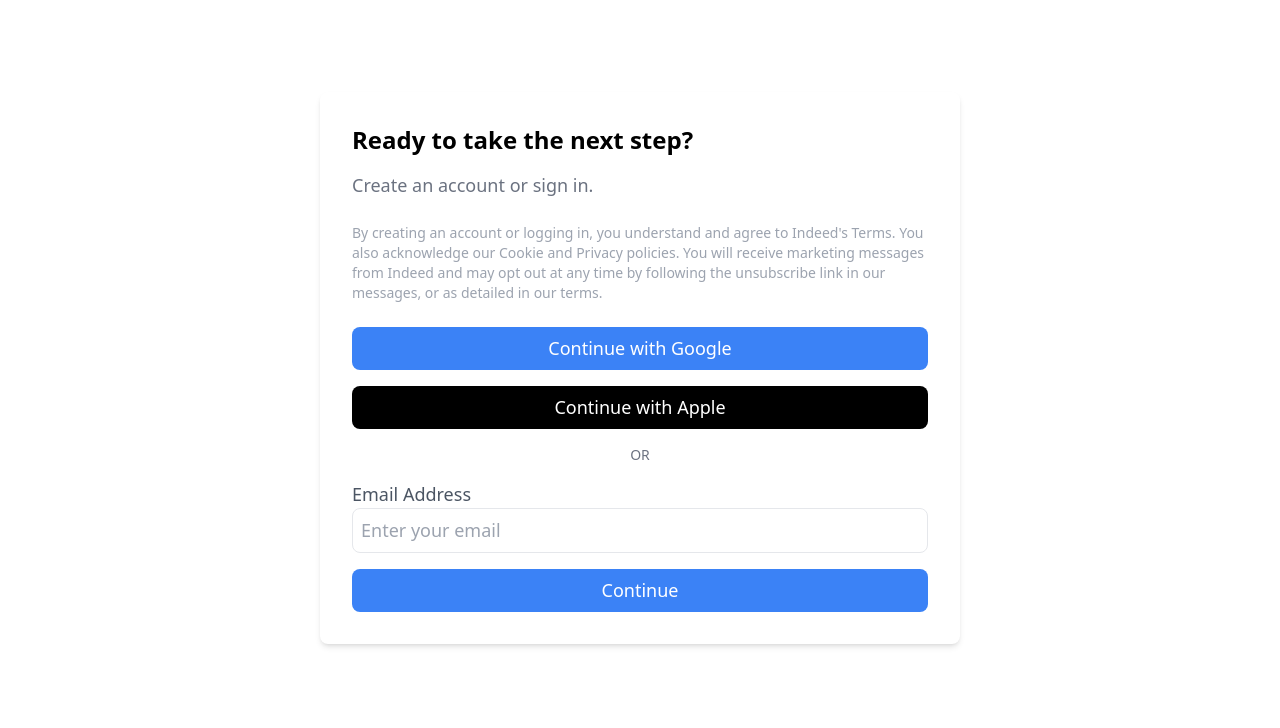
Repository: Temitech001/new-job
Page: /signin
The author's editor kept a copy of each file at every save. The page is drawn from the files as they stood at one save, then again after the next save.
The browser window is 1280 px wide. The pictures show the whole page.
The project was rebuilt for these pictures with package versions that can differ from the ones it lists, and the page was loaded fresh each time. Also part of the build but not shown: src/App.css, src/components/header/Header.jsx, src/components/jobSearch/Job.jsx, src/components/jobSearch/JobListing.jsx, src/App.js.

Above is the page before, as saved 2023-08-22 02:05:46.

### public/index.html
<!DOCTYPE html>
<html lang="en">
  <head>
    <meta charset="utf-8" />
    <link rel="icon" href="%PUBLIC_URL%/favicon.ico" />
    <meta name="viewport" content="width=device-width, initial-scale=1" />
    <meta name="theme-color" content="#000000" />
    <meta
      name="description"
      content="JobConnect360 is your comprehensive platform for all things related to employment."
    />
    <link rel="apple-touch-icon" href="%PUBLIC_URL%/logo192.png" />
    <!--
      manifest.json provides metadata used when your web app is installed on a
      user's mobile device or desktop. See https://developers.google.com/web/fundamentals/web-app-manifest/
    -->
    <link rel="manifest" href="%PUBLIC_URL%/manifest.json" />
    <!--
      Notice the use of %PUBLIC_URL% in the tags above.
      It will be replaced with the URL of the `public` folder during the build.
      Only files inside the `public` folder can be referenced from the HTML.

      Unlike "/favicon.ico" or "favicon.ico", "%PUBLIC_URL%/favicon.ico" will
      work correctly both with client-side routing and a non-root public URL.
      Learn how to configure a non-root public URL by running `npm run build`.
    -->
    <title>JobConnect360</title>
  </head>
  <body>
    <noscript>You need to enable JavaScript to run this app.</noscript>
    <div id="root"></div>
    <!--
      This HTML file is a template.
      If you open it directly in the browser, you will see an empty page.

      You can add webfonts, meta tags, or analytics to this file.
      The build step will place the bundled scripts into the <body> tag.

      To begin the development, run `npm start` or `yarn start`.
      To create a production bundle, use `npm run build` or `yarn build`.
    -->
  </body>
</html>

### src/index.js
import React from 'react';
import ReactDOM from 'react-dom/client';
import { BrowserRouter, Routes, Route} from "react-router-dom";
import './index.css';
import App from './App';
import ScrollToTop from 'react-scroll-to-top';
import SignIn from './components/jobSearch/signIn/SignIn';

const root = ReactDOM.createRoot(document.getElementById('root'));
root.render(
  <React.StrictMode>
    <BrowserRouter>
    <ScrollToTop/>
            <Routes>
                <Route path="/" element={<App />} />
                <Route path="/signin" element={<SignIn />} />
                {/* <Route path="/impact" element={<ImpactPage />} /> */}
                {/* <Route path="/contact" element={<ContactPage />} /> */}
            </Routes>
            {/* <App /> */}
        </BrowserRouter>
  </React.StrictMode>
);

### src/index.css
@tailwind base;
@tailwind components;
@tailwind utilities;

body {
  margin: 0;
  font-family: "Noto Sans", "Helvetica Neue", Helvetica, Arial, sans-serif;
  -webkit-font-smoothing: antialiased;
  -moz-osx-font-smoothing: grayscale;
  font-size: 18px;
}

code {
  font-family: source-code-pro, Menlo, Monaco, Consolas, 'Courier New',
    monospace;
}

### src/components/jobSearch/signIn/SignIn.jsx
import React, { useState } from 'react';
// import './SignIn.css'; // Add your additional CSS file for custom styling

const SignIn = () => {
    const [email, setEmail] = useState(''); // Initialize email state

    // Function to handle changes in the email input
    const handleEmailChange = (e) => {
      setEmail(e.target.value); // Update email state
    };

    // Function to handle the "Continue" button click
    const handleContinueClick = () => {
      // Perform any action you want when the button is clicked
      console.log('Continue button clicked with email:', email);
    };

  return (
    <div className="flex justify-center items-center h-screen w-2/4 mx-auto mt-2">
      <div className="bg-white p-8 rounded-lg shadow-md">
        <h2 className="text-2xl font-semibold mb-4">
          Ready to take the next step?
        </h2>
        <p className="text-gray-500 mb-6">
          Create an account or sign in.
        </p>
        <p className="text-sm text-gray-400 mb-6">
          By creating an account or logging in, you understand and agree to Indeed's Terms. You also acknowledge our Cookie and Privacy policies. You will receive marketing messages from Indeed and may opt out at any time by following the unsubscribe link in our messages, or as detailed in our terms.
        </p>
        <button className="bg-blue-500 text-white rounded-lg py-2 px-4 mb-4 w-full hover:bg-blue-600">
          Continue with Google
        </button>
        <button className="bg-black text-white rounded-lg py-2 px-4 mb-4 w-full hover:bg-gray-800">
          Continue with Apple
        </button>
        <div className="text-center text-gray-500 text-sm mb-4">OR</div>
        <div className="mb-4">
          <label htmlFor="email" className="text-gray-600">Email Address</label>
          <input
            type="email"
            id="email"
            className="w-full border rounded-lg p-2 focus:outline-none focus:ring focus:border-blue-400"
            placeholder="Enter your email"
            value={email} // Set the input value to the email state
            onChange={handleEmailChange} // Handle changes in the email input
          />
        </div>
        <button className="bg-blue-500 text-white rounded-lg py-2 px-4 w-full hover:bg-blue-600">
          Continue
        </button>
      </div>
    </div>
  );
};

export default SignIn;

### src/components/header/Header.css
/* Header.css */
@media (max-width: 768px) {
    /* Mobile styles */

    /* Center logo and move Sign In button to the right */
    .container {
      flex-direction: column;
      align-items: center;
    }

    .flex:nth-child(1) {
      margin-bottom: 1rem;
    }

    /* Add margin between logo and Sign In button */
    .flex:nth-child(2) {
      margin-top: 1rem;
    }

    /* Mobile menu icon styles */
    .menu-icon {
      display: inline-block;
    }

    .bar {
      width: 25px;
      height: 3px;
      background-color: white;
      margin: 4px 0;
      transition: 0.4s;
    }

    .open .bar:nth-child(1) {
      transform: rotate(-45deg) translate(-5px, 6px);
    }

    .open .bar:nth-child(2) {
      opacity: 0;
    }

    .open .bar:nth-child(3) {
      transform: rotate(45deg) translate(-5px, -6px);
    }

    /* Add styles for mobile menu (Hamburger) */
    .menu-items {
      display: none;
      flex-direction: column;
      align-items: center;
    }

    .menu-open .menu-items {
      display: flex;
    }

    /* Additional mobile styles can be added as needed */
  }

### tailwind.config.js
/** @type {import('tailwindcss').Config} */
module.exports = {
  content: ["./src/**/*.{html,jsx, js}"],
  theme: {
    extend: {},
  },
  plugins: [],
}

After the next save:
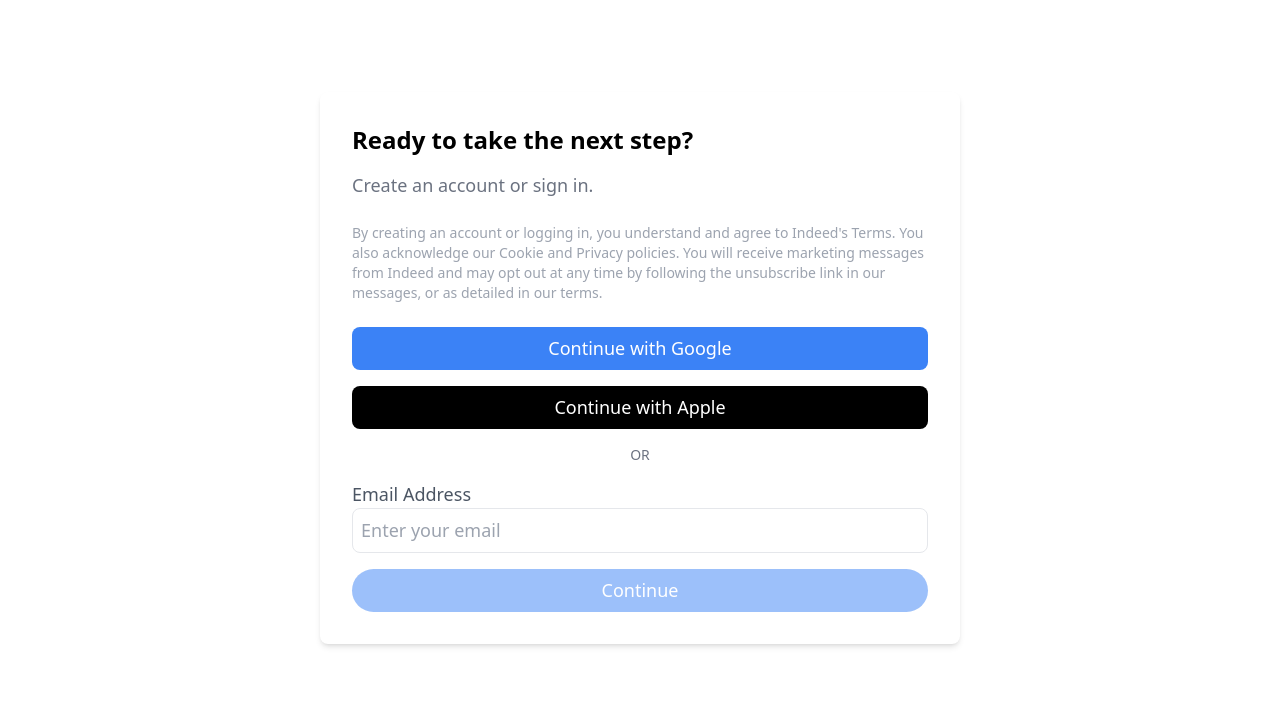
Saved 36 s later.
--- a/src/components/jobSearch/signIn/SignIn.jsx
+++ b/src/components/jobSearch/signIn/SignIn.jsx
@@ -45,7 +45,13 @@
             onChange={handleEmailChange} // Handle changes in the email input
           />
         </div>
-        <button className="bg-blue-500 text-white rounded-lg py-2 px-4 w-full hover:bg-blue-600">
+        <button
+          className={`bg-blue-500 text-white rounded-full py-2 px-4 w-full ${
+            email ? 'hover:bg-blue-600' : 'opacity-50 cursor-not-allowed'
+          }`}
+          onClick={handleContinueClick} // Handle the "Continue" button click
+          disabled={!email} // Disable the button if email is empty
+        >
           Continue
         </button>
       </div>
